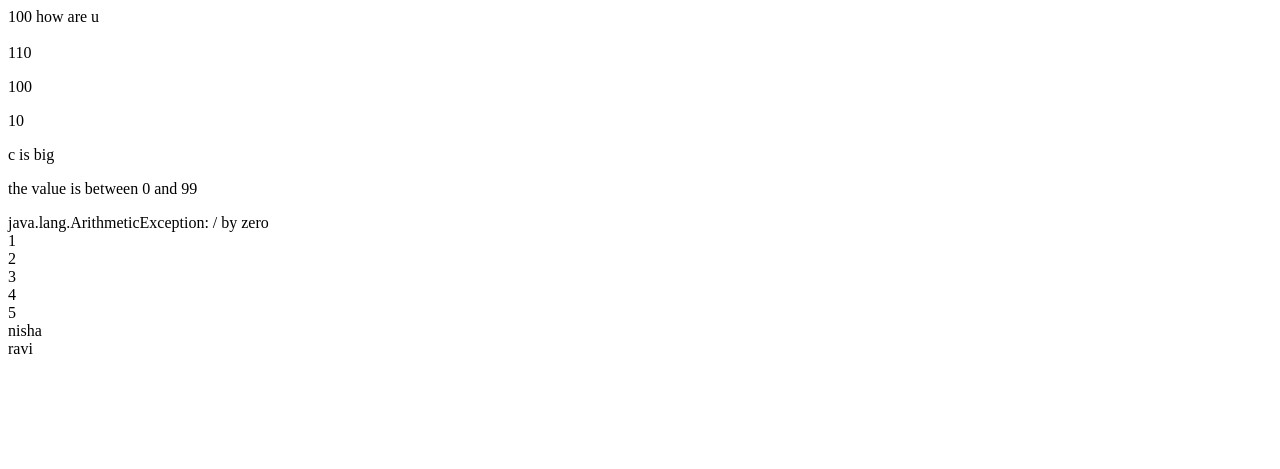
Repository: nishasirt/SimplilearnRepo1
Page: http://localhost/JSPsession2/myjsp.jsp
The author's editor kept a copy of each file at every save. The page is drawn from the files as they stood at one save, then again after the next save.
The browser window is 1280 px wide. The pictures show the whole page.
The page is served by Tomcat 9.

Above is the page before, as saved 2022-11-20 04:43:13.

After the next save:
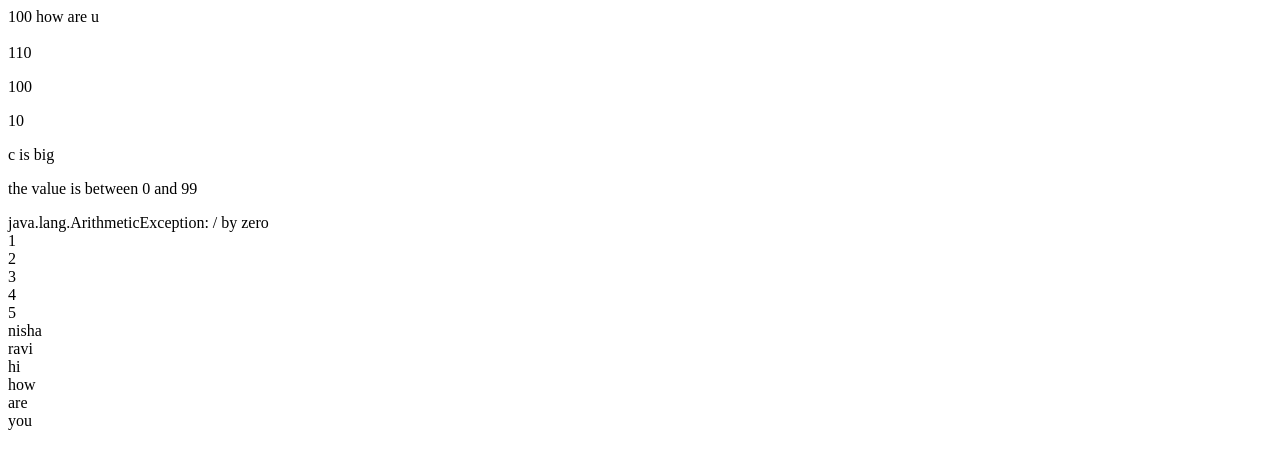
Saved 115 s later.
--- a/JSPsession2/WebContent/myjsp.jsp
+++ b/JSPsession2/WebContent/myjsp.jsp
@@ -78,7 +78,10 @@ for tokens
  --%>
 
 
- <c:set var="s"  value="${'hi-how-are-you' }"></c:set>
- <c:forTokens var="name"  items="${s}" delims="-"></c:forTokens>
+ <c:set var="s"  value="${'hi-how-are-you'}"></c:set>
+ <c:forTokens var="name"  items="${s}" delims="-">
+ <c:out value="${name }"/>
+ <br/>
+ </c:forTokens>
 </body>
 </html>
